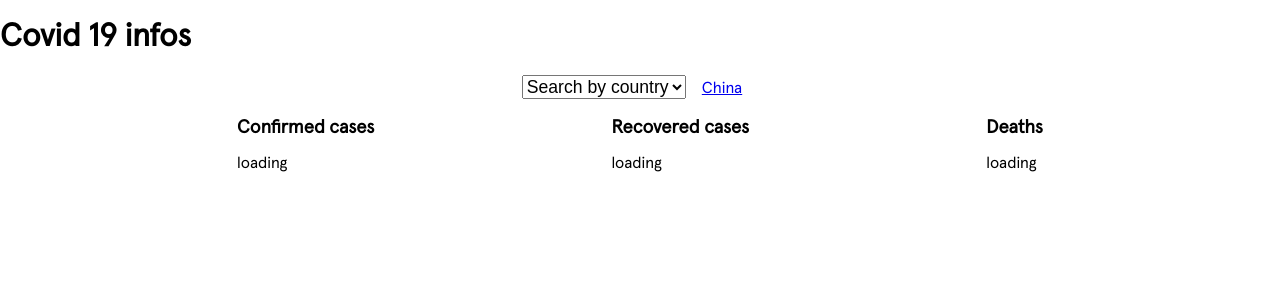
Repository: Babarindeolanrewaju2/react_covid_19
Page: /
An editor plug-in stored every save of this project. The page is shown before and after the next save, followed by the edit.
The browser window is 1280 px wide. The pictures show the whole page.
The page's requests for data from a server got no answer. The project was rebuilt for these pictures with package versions that can differ from the ones it lists, and the page was loaded fresh each time. A package was used in the major version that the imports need, not the one package.json lists. No one was signed in, and anything a server would have sent is missing. Also part of the build but not shown: src/components/CountryDisplay.js.

Above is the page before, as saved 2020-04-01 04:56:13.

### src/App.js
import React, { Component } from "react";
import { HashRouter as Router, Switch, Route } from "react-router-dom";
import Axios from "axios";
import ConfirmedDisplay from "./components/ConfirmedDisplay";
import RecoveredDisplay from "./components/RecoveredDisplay";
import DeathsDisplay from "./components/DeathsDisplay";
import CountrySearch from "./components/CountrySearch";
import CountryDisplay from "./components/CountryDisplay";
import './App.css';

export default class App extends Component {
  constructor(props) {
    super(props);

    this.state = {
      confirmed: "loading",
      recovered: "loading",
      deaths: "loading",
      countries: []
    };

  }

  componentDidMount() {
    this.getData();
  }

  async getData() {
    const Worldwide = await Axios.get("https://covid19.mathdro.id/api");
    const countriesRes = await Axios.get(
      "https://covid19.mathdro.id/api/countries"
    );

    console.log(countriesRes);

    const countries = Object.entries(countriesRes.data.countries).map(([country, code]) => (
      code.name
    ))

    console.log(countries);

    this.setState({
      confirmed: Worldwide.data.confirmed.value,
      recovered: Worldwide.data.recovered.value,
      deaths: Worldwide.data.deaths.value,
      lastdate: Worldwide.data.lastUpdate,
      countries: countries
    });
  }

  render() {
    return (
      <div className="container">
        <h1>Covid 19 infos</h1>
        <Router basename={process.env.PUBLIC_URL}>
          <Switch>
            <Route exact path="/test">
              <div>test</div>}
            </Route>
            <Route
              exact
              path="/country/:id"
              render={props => <CountryDisplay {...props} />}
            />
            <Route
              exact
              path="/"
              render={props => {
                return (
                  <div>
                    <CountrySearch countries={this.state.countries} />
                    <div className="flex">
                      <ConfirmedDisplay value={this.state.confirmed} />
                      <RecoveredDisplay value={this.state.recovered} />
                      <DeathsDisplay value={this.state.deaths} />
                    </div>
                  </div>
                );
              }}
            />
          </Switch>
        </Router>
      </div>
    );
  }
}

### src/components/ConfirmedDisplay.js
import React, { Component } from "react";

export default class ConfirmedDisplay extends Component {
  render() {
    const { value } = this.props
    return (
      <div>
        <h3>Confirmed cases</h3>
        <span className="value">{value}</span>
      </div>
    );
  }
}

### src/components/RecoveredDisplay.js
import React, { Component } from "react";

export default class RecoveredDisplay extends Component {
    render() {
        const { value } = this.props
        return (
            <div >
                <h3>Recovered cases</h3>
                <span className="value">{value}</span>
            </div>
        );
    }
}

### src/components/DeathsDisplay.js
import React, { Component } from "react";

export default class DeathsDisplay extends Component {
    render() {
        const { value } = this.props
        return (
            <div >
                <h3>Deaths</h3>
                <span className="value">{value}</span>
            </div>
        );
    }
}

### src/components/CountrySearch.js

import React, { Component } from "react";
import { Link, withRouter } from "react-router-dom";

class CountrySearch extends Component {
    constructor(props) {
        super(props);
        this.onSelect = this.onSelect.bind(this);
    }

    onSelect(e) {
        this.props.history.push(`/country/${e.target.value}`);
    }

    renderOptions() {
        let array = this.props.countries.map((country, i) => {
            return <option key={i}>{country}</option>;
        });
        array.unshift(<option key={-1}>Search by country</option>);
        return array;
    }

    render() {
        return (
            <div className="countryList">
                <select onChange={this.onSelect}>{this.renderOptions()}</select>
                <Link to="/country/China/">China</Link>
            </div>
        );
    }
}

export default withRouter(CountrySearch);

### src/App.css
.App {
  text-align: center;
}

.App-logo {
  height: 40vmin;
  pointer-events: none;
}

@media (prefers-reduced-motion: no-preference) {
  .App-logo {
    animation: App-logo-spin infinite 20s linear;
  }
}

.App-header {
  background-color: #282c34;
  min-height: 100vh;
  display: flex;
  flex-direction: column;
  align-items: center;
  justify-content: center;
  font-size: calc(10px + 2vmin);
  color: white;
}

.App-link {
  color: #61dafb;
}

div, h2, h3, p {
  font-family: 'Apercu';
}

.flex {
  display: flex;
  justify-content: space-evenly;
  align-items: center;
  flex-wrap: wrap;
}

.countryList {
  text-align: center;
}
.countryList select {
  max-width: 90vw;
  font-size: 1.1rem;
}
.countryList option {
  word-wrap: break-word;
}
.countryList a {
  margin: 1em;
}

.countryDisplay {
  text-align: center;
}
.countryDisplay a {
  margin-bottom: 1em;
}


@keyframes App-logo-spin {
  from {
    transform: rotate(0deg);
  }
  to {
    transform: rotate(360deg);
  }
}

@font-face {
  font-family: 'Apercu';
  src: local('Apercu'), url(./fonts/Apercu.otf) format('opentype');
}

Loaded but not shown: public/index.html (common file); src/index.js (common file); src/index.css (common file); src/serviceWorker.js (common file)

After the next save:
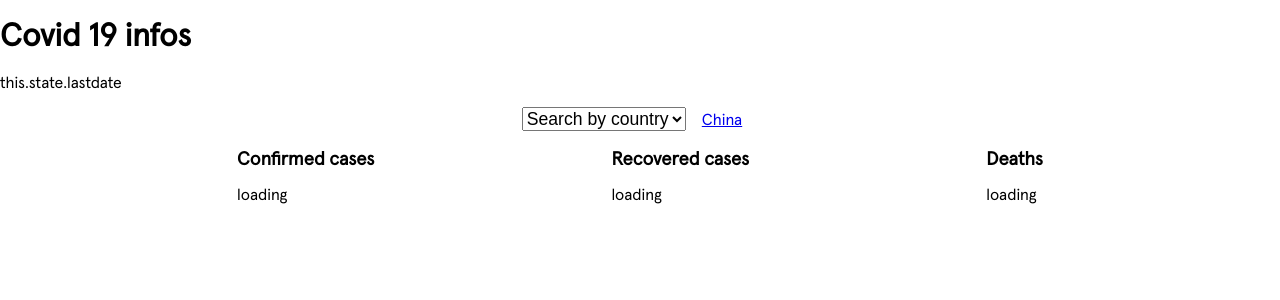
Saved 42 s later.
--- a/src/App.js
+++ b/src/App.js
@@ -68,6 +68,7 @@
               render={props => {
                 return (
                   <div>
+                    <p>this.state.lastdate</p>
                     <CountrySearch countries={this.state.countries} />
                     <div className="flex">
                       <ConfirmedDisplay value={this.state.confirmed} />

After the save that followed:
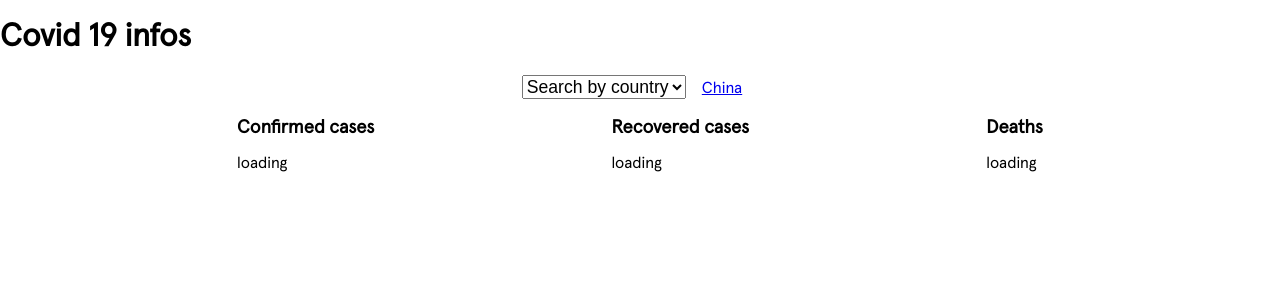
Saved 15 s later.
--- a/src/App.js
+++ b/src/App.js
@@ -68,7 +68,7 @@
               render={props => {
                 return (
                   <div>
-                    <p>this.state.lastdate</p>
+                    <p>{this.state.lastdate}</p>
                     <CountrySearch countries={this.state.countries} />
                     <div className="flex">
                       <ConfirmedDisplay value={this.state.confirmed} />
